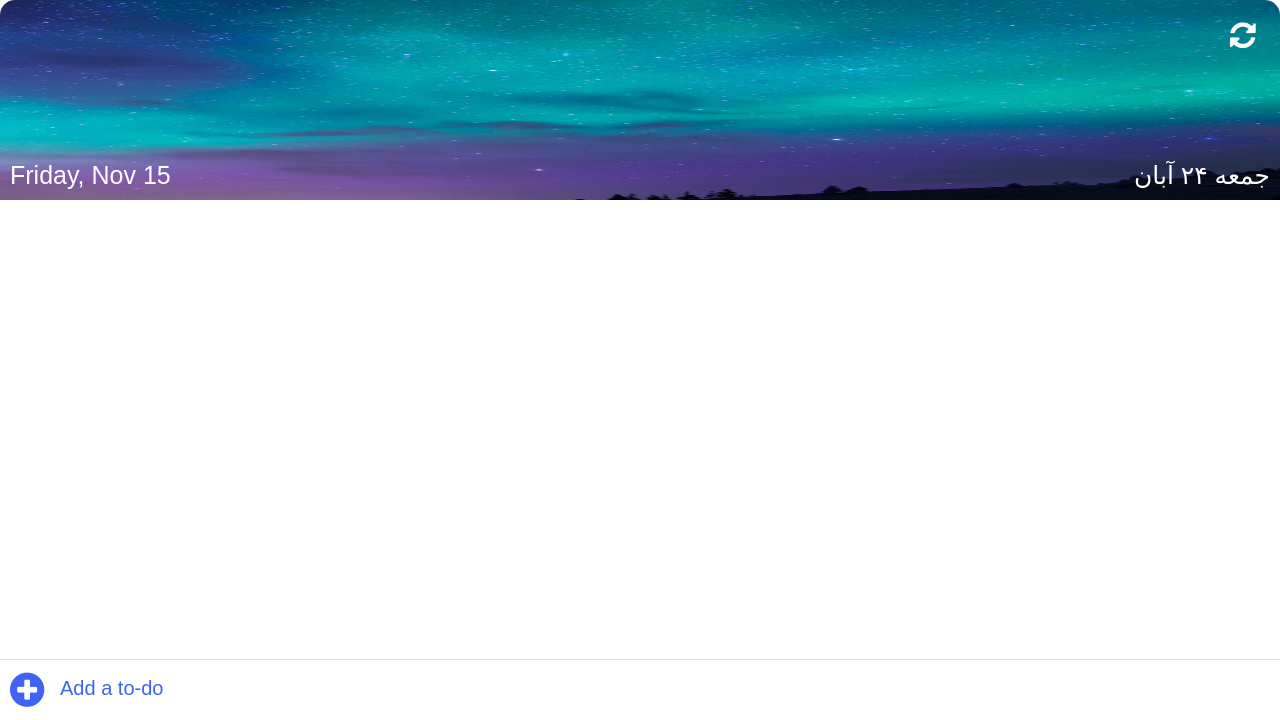
Repository: abouzarSoleymani/todo-js
Page: index.html
The author's editor kept a copy of each file at every save. The page is drawn from the files as they stood at one save, then again after the next save.
The browser window is 1280 px wide. The pictures show the whole page.

Above is the page before, as saved 2019-11-15 15:02:28.

After the next save:
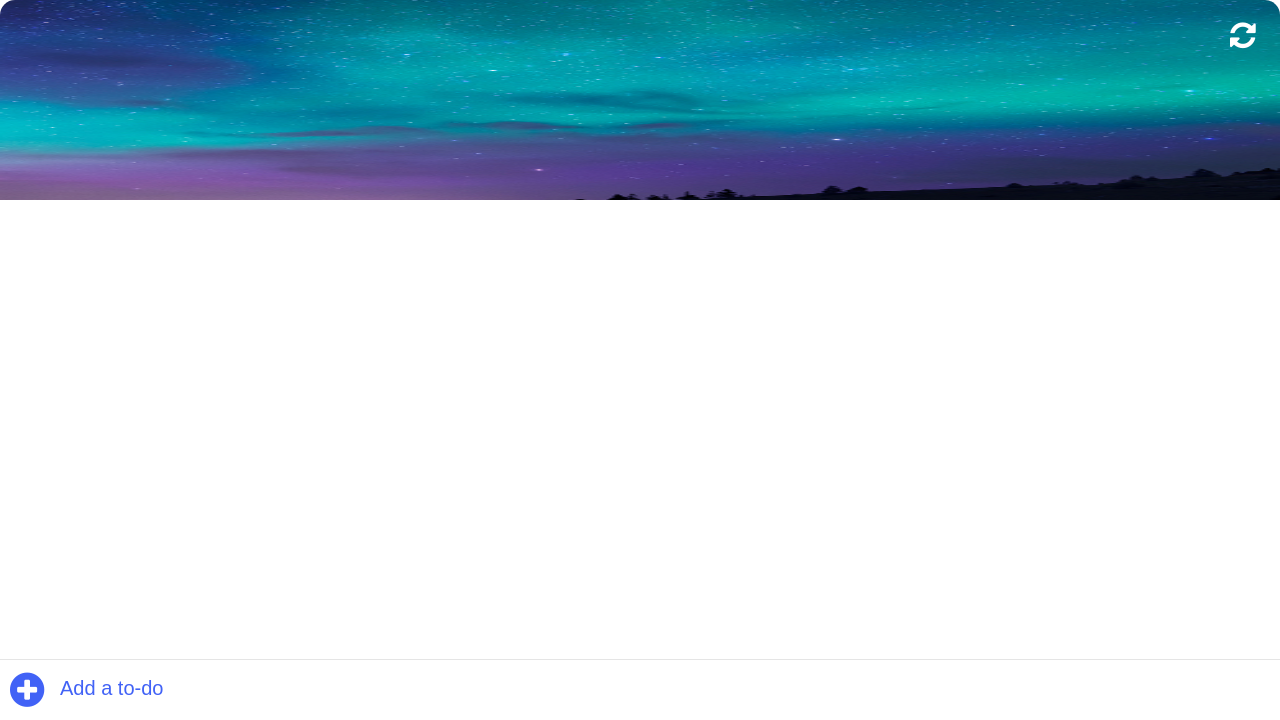
Console error: SyntaxError: Unexpected identifier 'confirm'
Saved 49 s later.
--- a/js/app.js
+++ b/js/app.js
@@ -131,9 +131,9 @@
     localStorage.setItem("TODO", JSON.stringify(LIST));
 });
 
-confirm = () => {
+async confirm = () => {
     let status;
-    swal({
+   await swal({
         title: "Are you sure?",
         text: "Once deleted, you will not be able to recover this imaginary file!",
         icon: "warning",

After the save that followed:
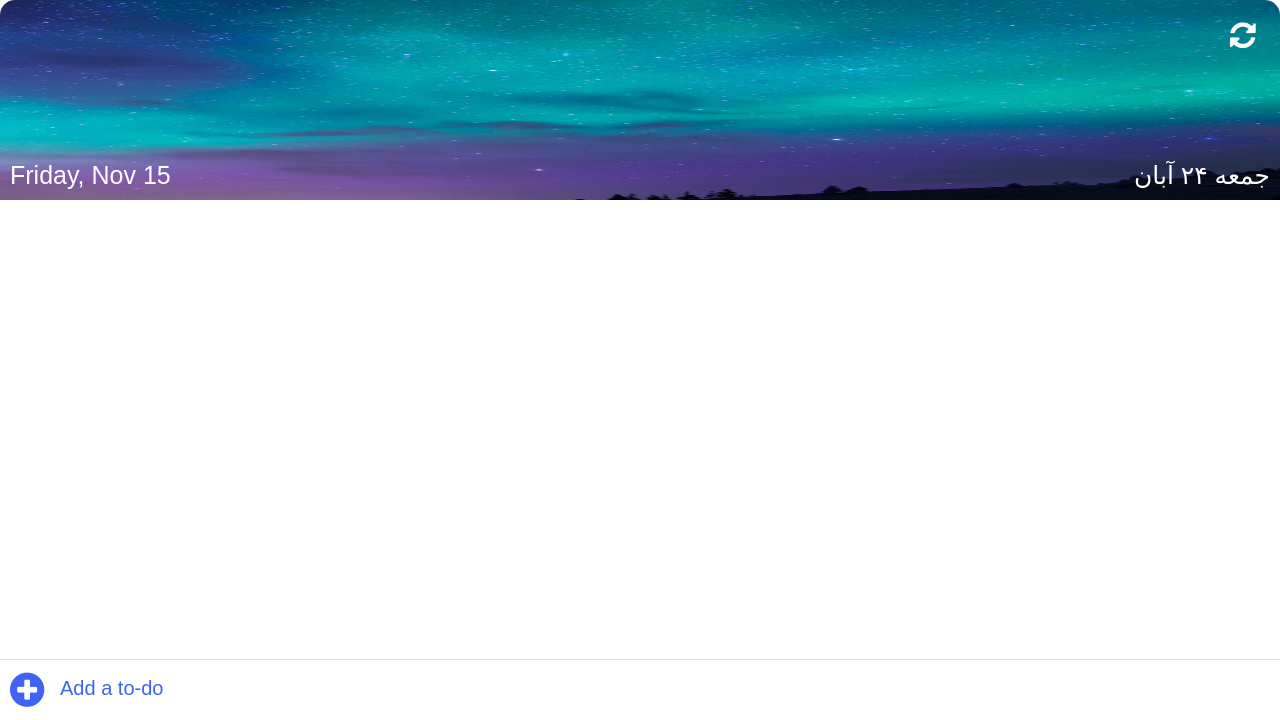
The error is gone.
Saved 25 s later.
--- a/js/app.js
+++ b/js/app.js
@@ -131,7 +131,7 @@
     localStorage.setItem("TODO", JSON.stringify(LIST));
 });
 
-async confirm = () => {
+async function confirm() {
     let status;
    await swal({
         title: "Are you sure?",
